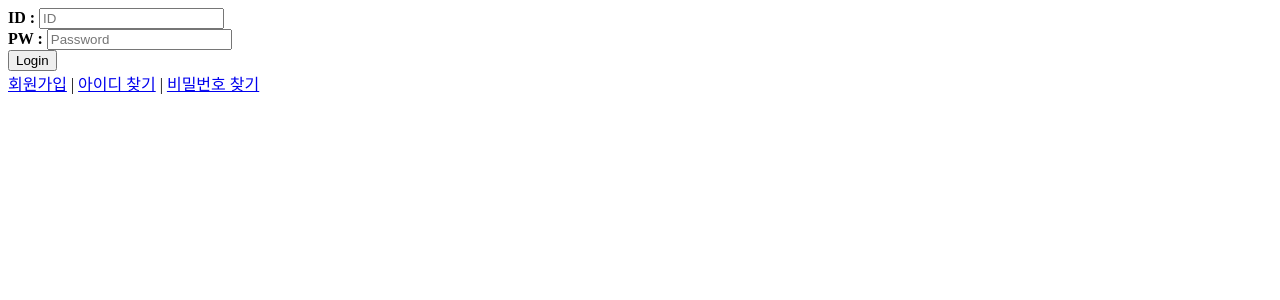
Repository: Rysdne/01_Java
Page: http://localhost/WildcatTest/login/login.jsp
These files come from the project's save history. The page is drawn as it stood at one moment and after the next save; the edit follows.
The browser window is 1280 px wide. The pictures show the whole page.
The page is served by Tomcat 9. Queries for data that is not in the repository find no rows.

Above is the page before, as saved 2022-07-14 06:11:28.

After the next save:
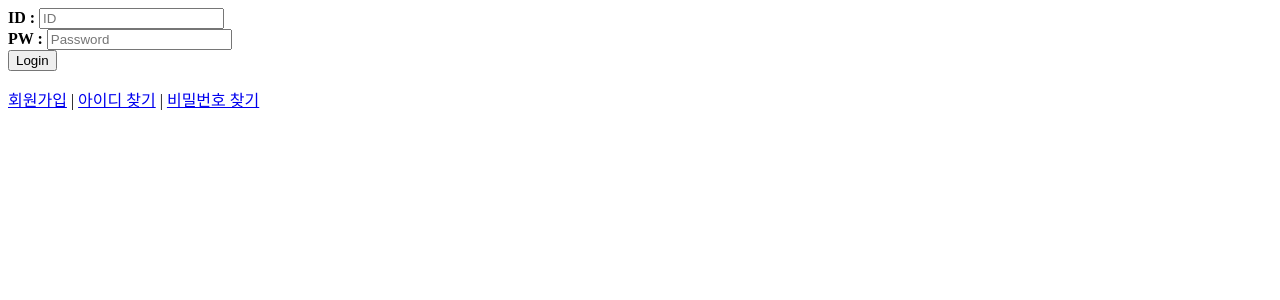
Saved 111 s later.
--- a/WildcatTest/src/main/webapp/login/login.jsp
+++ b/WildcatTest/src/main/webapp/login/login.jsp
@@ -1,6 +1,7 @@
 <%@ page language="java" contentType="text/html; charset=UTF-8"
 	pageEncoding="UTF-8"%>
 <%@ page import="java.sql.*"%>
+<script src="/WildcatTest/jquery-3.6.0.min.js"></script>
 <!DOCTYPE html>
 <html>
 <head>

After the save that followed:
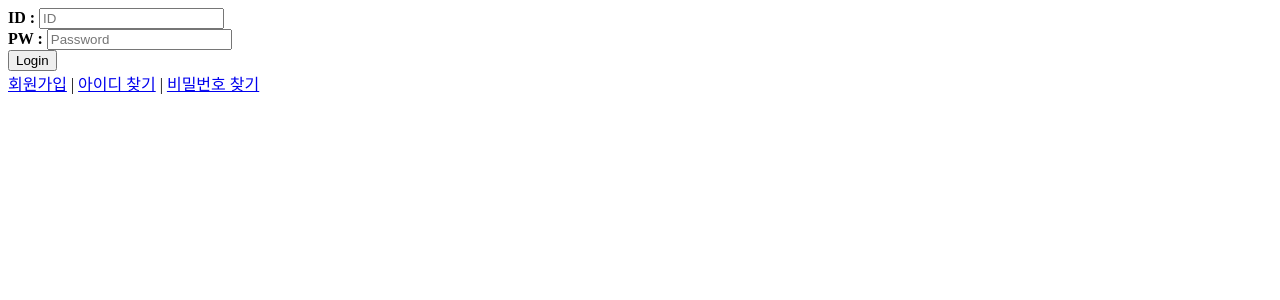
Saved 4 s later.
--- a/WildcatTest/src/main/webapp/login/login.jsp
+++ b/WildcatTest/src/main/webapp/login/login.jsp
@@ -1,12 +1,13 @@
 <%@ page language="java" contentType="text/html; charset=UTF-8"
 	pageEncoding="UTF-8"%>
 <%@ page import="java.sql.*"%>
-<script src="/WildcatTest/jquery-3.6.0.min.js"></script>
+
 <!DOCTYPE html>
 <html>
 <head>
 <meta charset="UTF-8">
 <title>Insert title here</title>
+<script src="/WildcatTest/jquery-3.6.0.min.js"></script>
 </head>
 <body>
 
